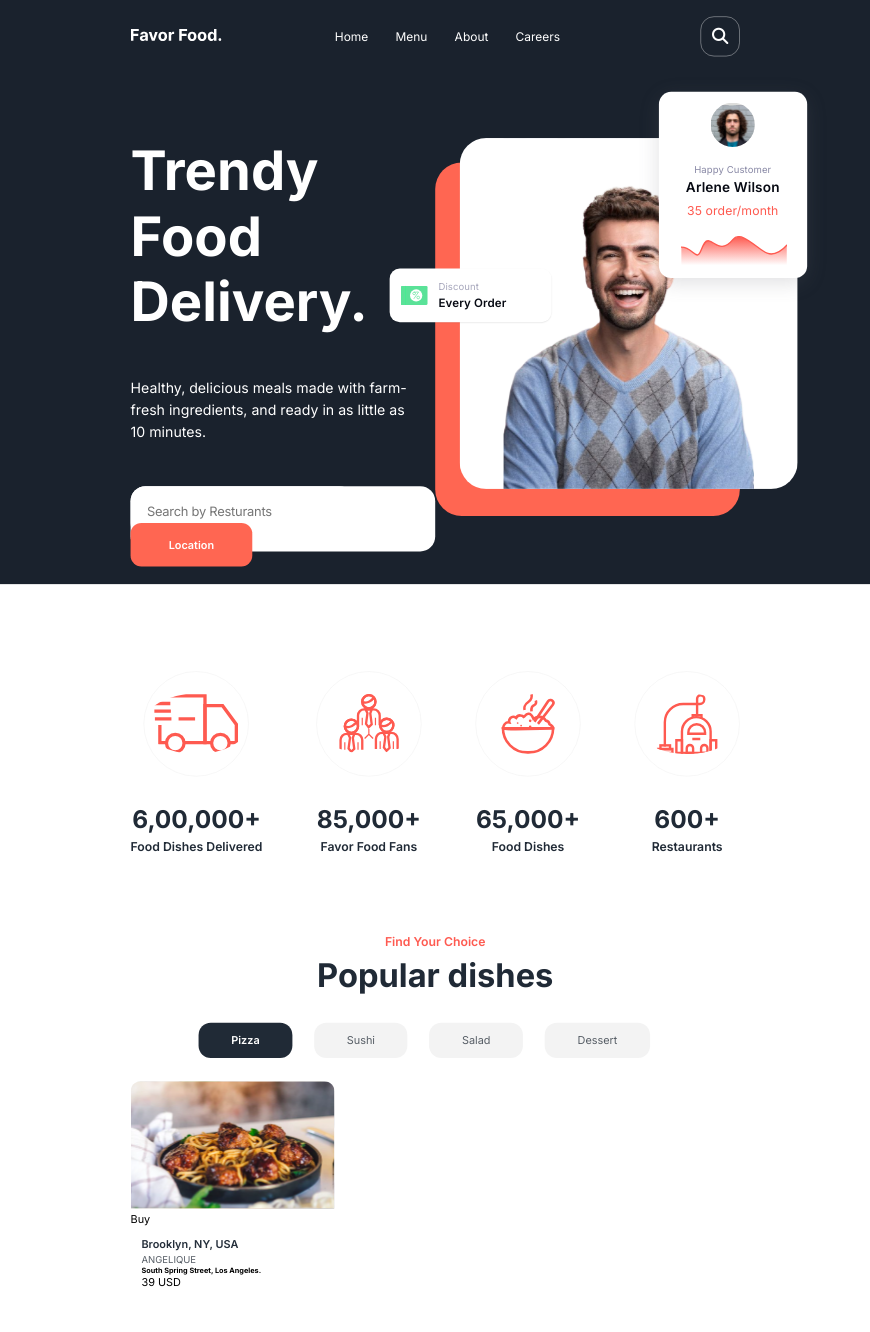
Repository: badhon252/favor-food
Page: index.html
An editor plug-in stored every save of this project. The page is shown before and after the next save, followed by the edit.
The browser window is 1280 px wide. The pictures show the whole page, at 68% of full size.
The style sheet was rebuilt from its Sass, Less or Tailwind sources for each picture, by a compiler version that may differ from the author's.

Above is the page before, as saved 2022-09-12 18:22:37.

After the next save:
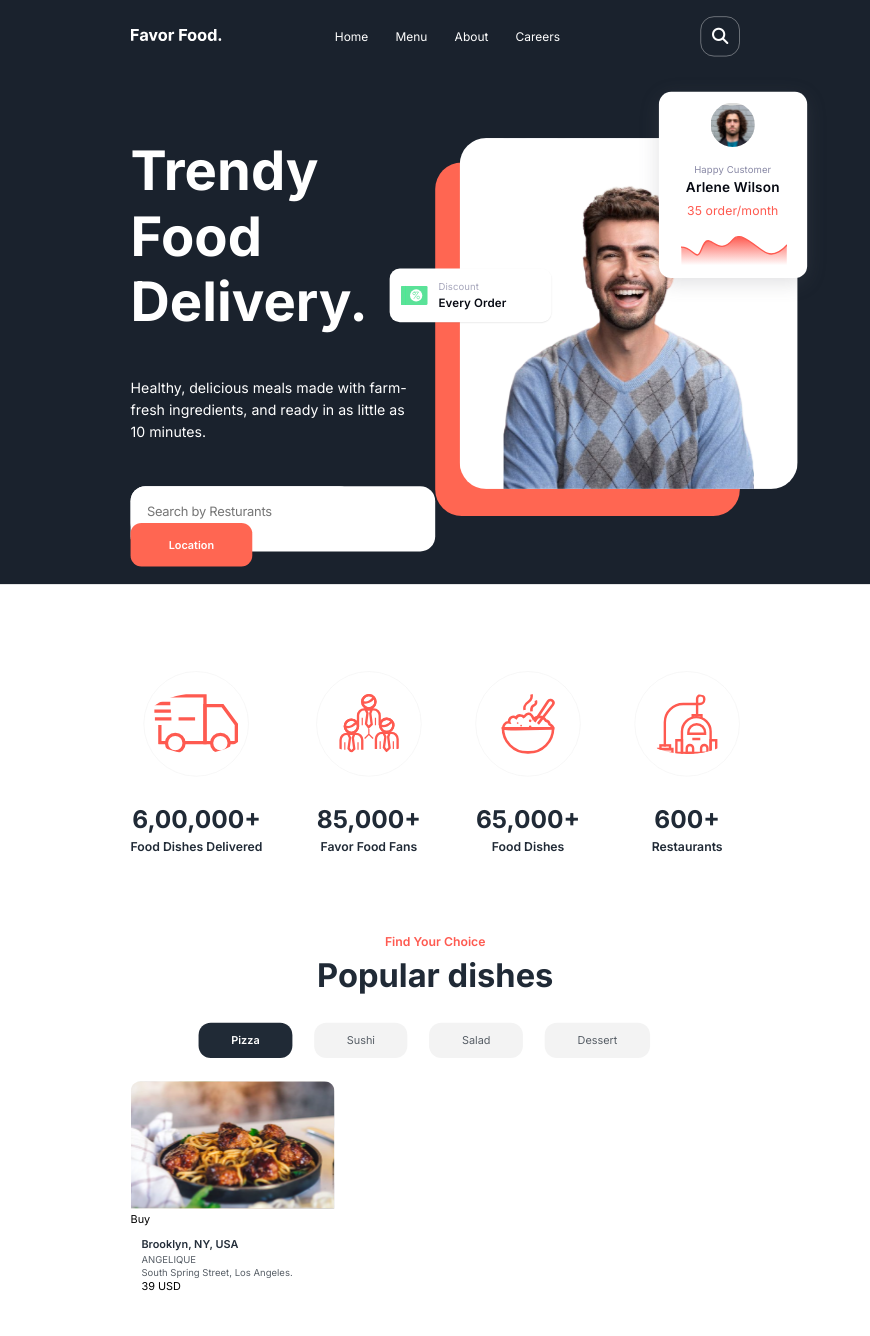
Saved 14 s later.
--- a/scss/style.scss
+++ b/scss/style.scss
@@ -326,6 +326,14 @@
 
       color: #575e66;
     }
+    h6 {
+      font-weight: 400;
+      font-size: 14px;
+      line-height: 140%;
+      /* identical to box height, or 20px */
+
+      color: #575e66;
+    }
     .card-body {
       padding: 1rem;
     }
